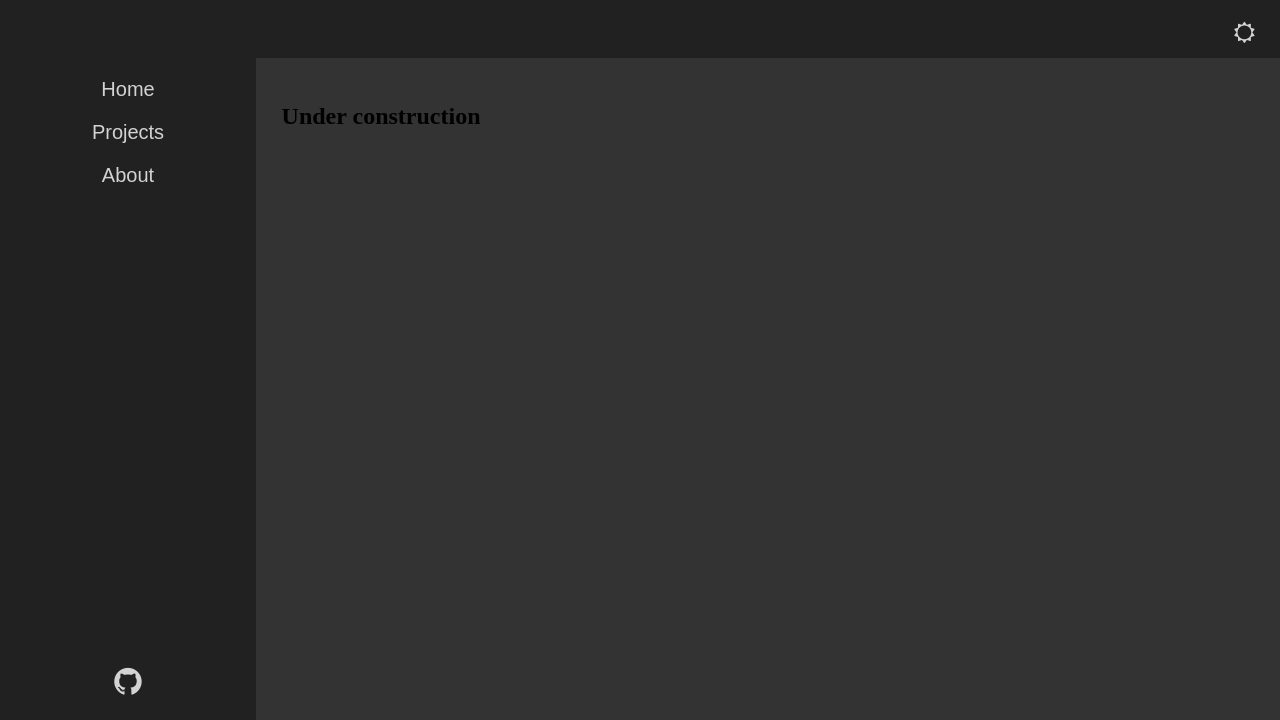
Repository: josephinel6/josephinel6.github.io
Page: index.html
The author's editor kept a copy of each file at every save. The page is drawn from the files as they stood at one save, then again after the next save.
The browser window is 1280 px wide. The pictures show the whole page.

Above is the page before, as saved 2023-04-06 12:34:01.

After the next save:
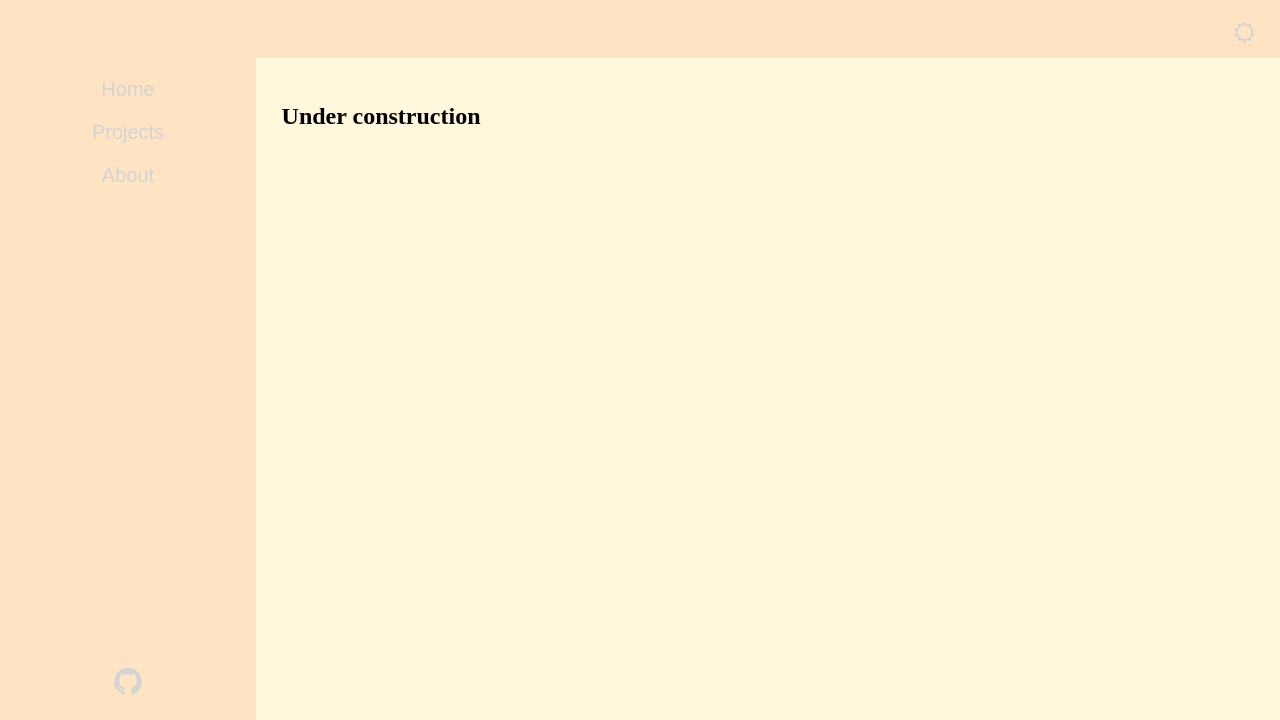
Saved 20 s later.
--- a/index.html
+++ b/index.html
@@ -24,9 +24,9 @@
         }
 
         :root.dark {
-            --color-bg: #212121;
+            --color-bg: bisque;
             --color-menu-text: #D3D3D3;
-            --color-page-bg: #333333;
+            --color-page-bg: cornsilk;
             --color-obj-bg: #403f3f;
             --color-title-text: #D3D3D3;
             --color-gen-text: white;

After the save that followed:
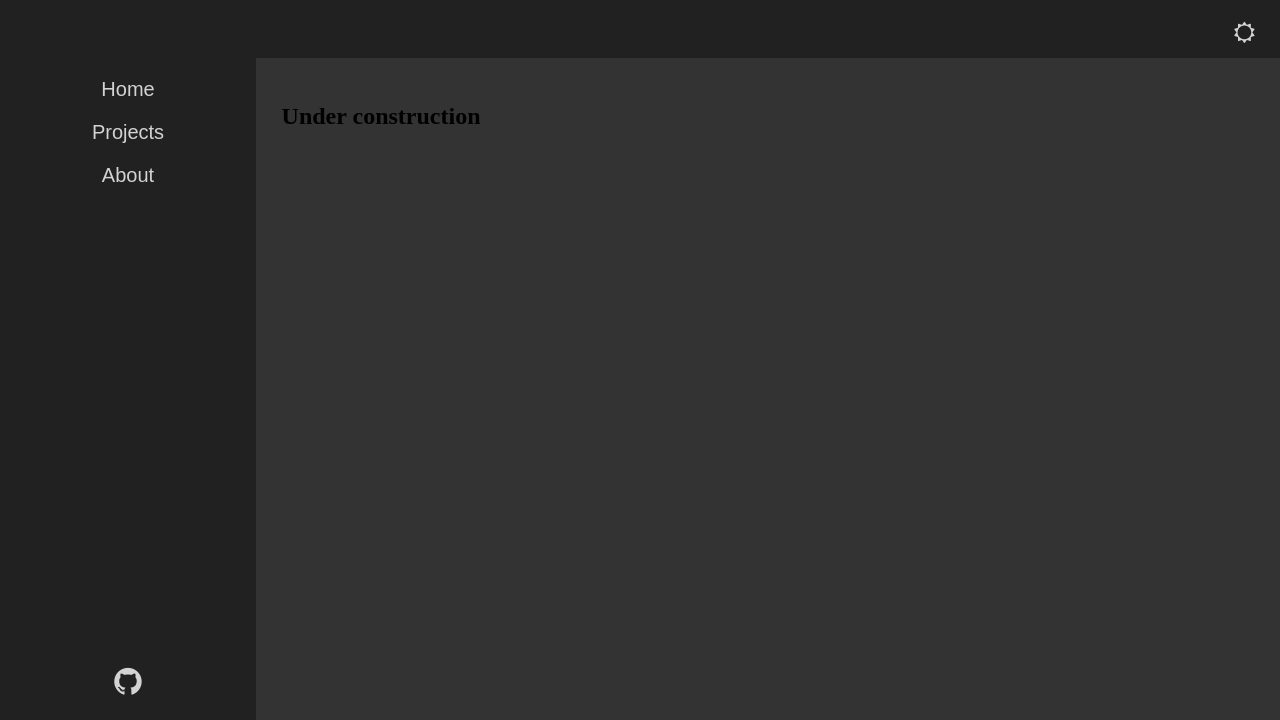
Saved 9 s later.
--- a/index.html
+++ b/index.html
@@ -13,9 +13,9 @@
 <head>
     <style>
         :root.light {
-            --color-bg: cornsilk;
+            --color-bg: bisque;
             --color-menu-text: black;
-            --color-page-bg: white;
+            --color-page-bg: cornsilk;
             --color-obj-bg: lemonchiffon;
             --color-title-text: black;
             --color-gen-text: black;
@@ -24,9 +24,9 @@
         }
 
         :root.dark {
-            --color-bg: bisque;
+            --color-bg: #212121;
             --color-menu-text: #D3D3D3;
-            --color-page-bg: cornsilk;
+            --color-page-bg: #333333;
             --color-obj-bg: #403f3f;
             --color-title-text: #D3D3D3;
             --color-gen-text: white;
